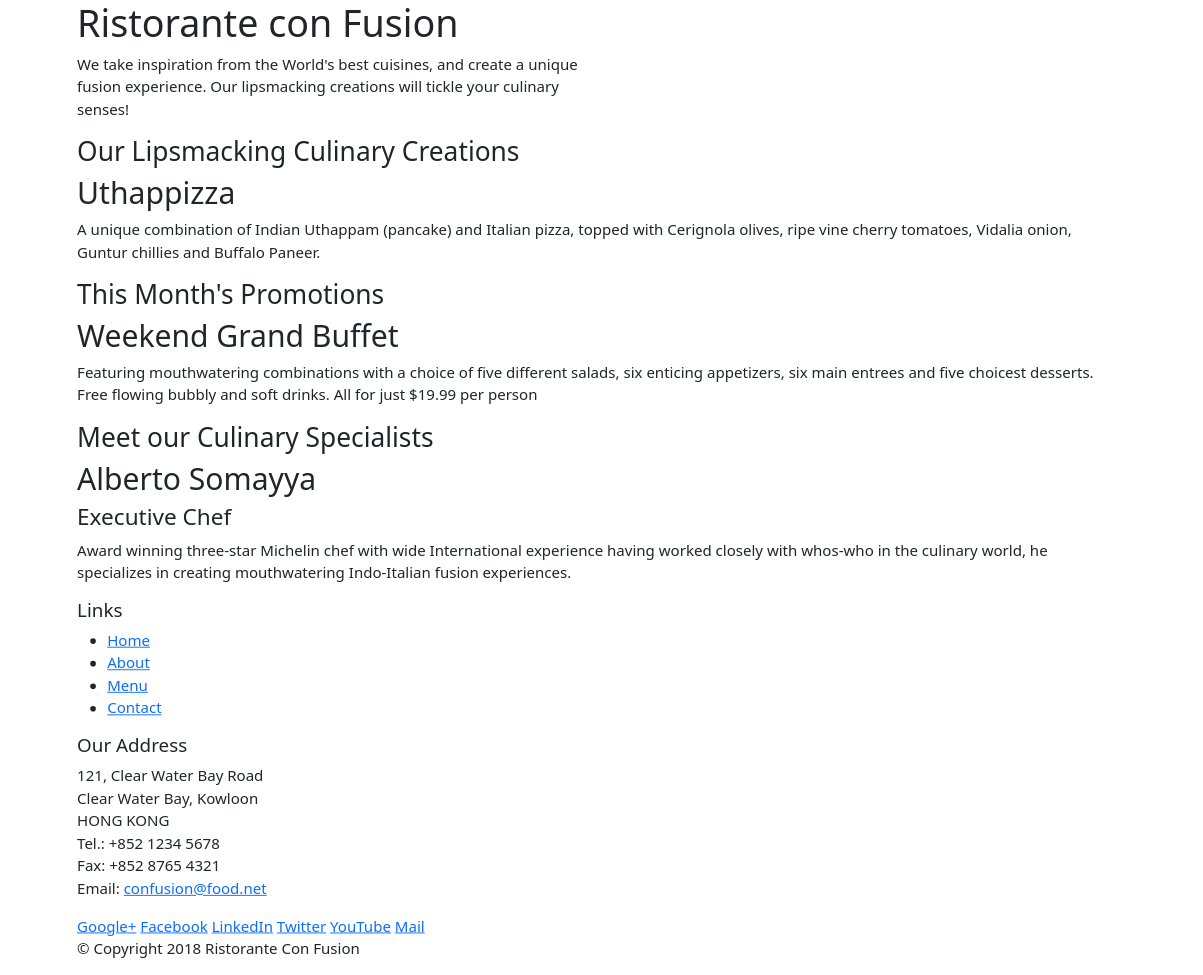
Repository: devjeremyjake/confusion
Page: index.html
These files come from the project's save history. The page is drawn as it stood at one moment and after a run of saves; the edit follows.
The browser window is 1280 px wide. The pictures show the whole page, at 94% of full size.
Some web libraries are served in a nearby version.

Above is the page before, as saved 2020-01-30 13:27:31.

After the next 4 saves:
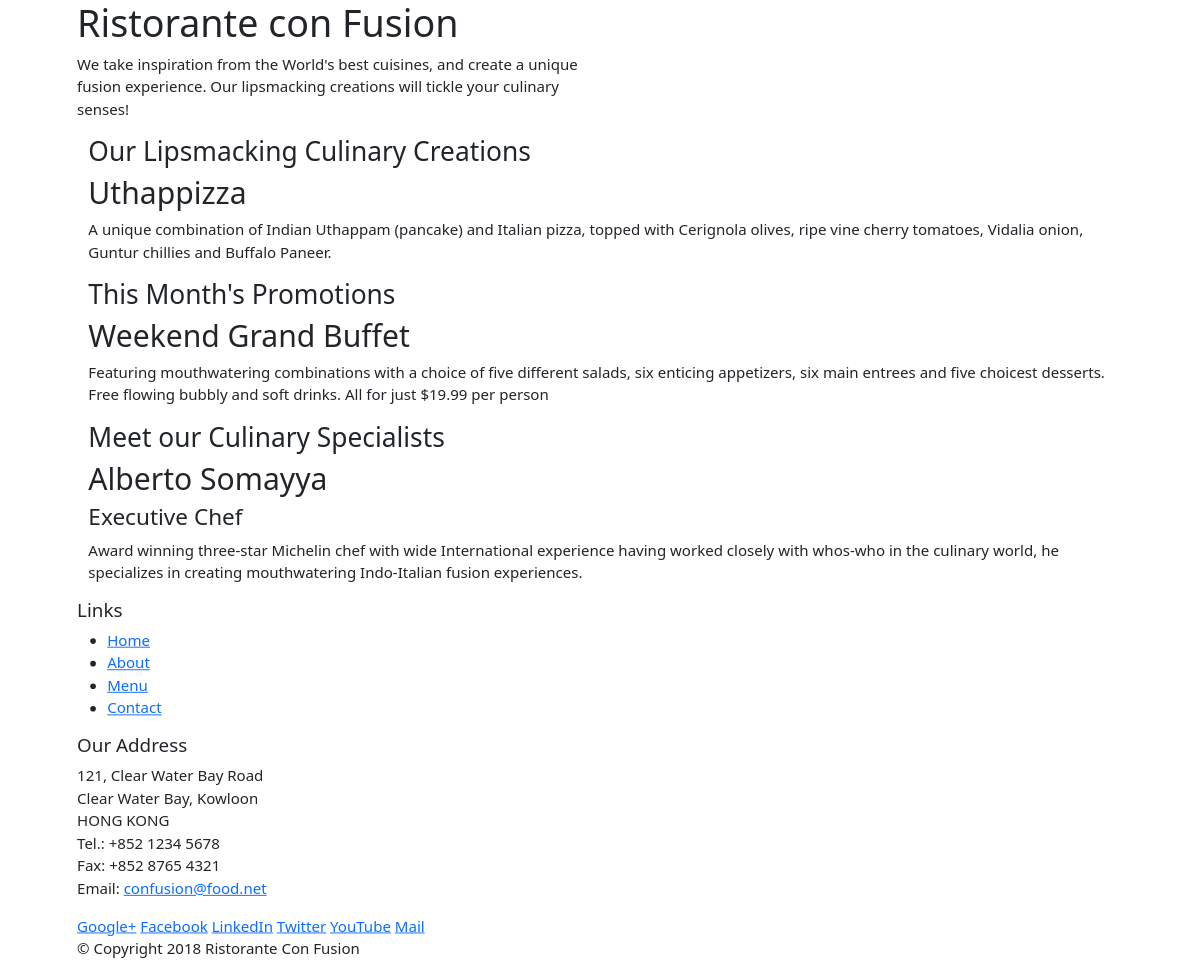
The 4 saves are shown as one change because they came seconds apart.
The last was saved 57 min 16 s later.
--- a/index.html
+++ b/index.html
@@ -23,7 +23,7 @@
         </div>
     </header>
 
-    <div class="row">
+    <div class="container">
         <div>
             <div>
                 <h3>Our Lipsmacking Culinary Creations</h3>
